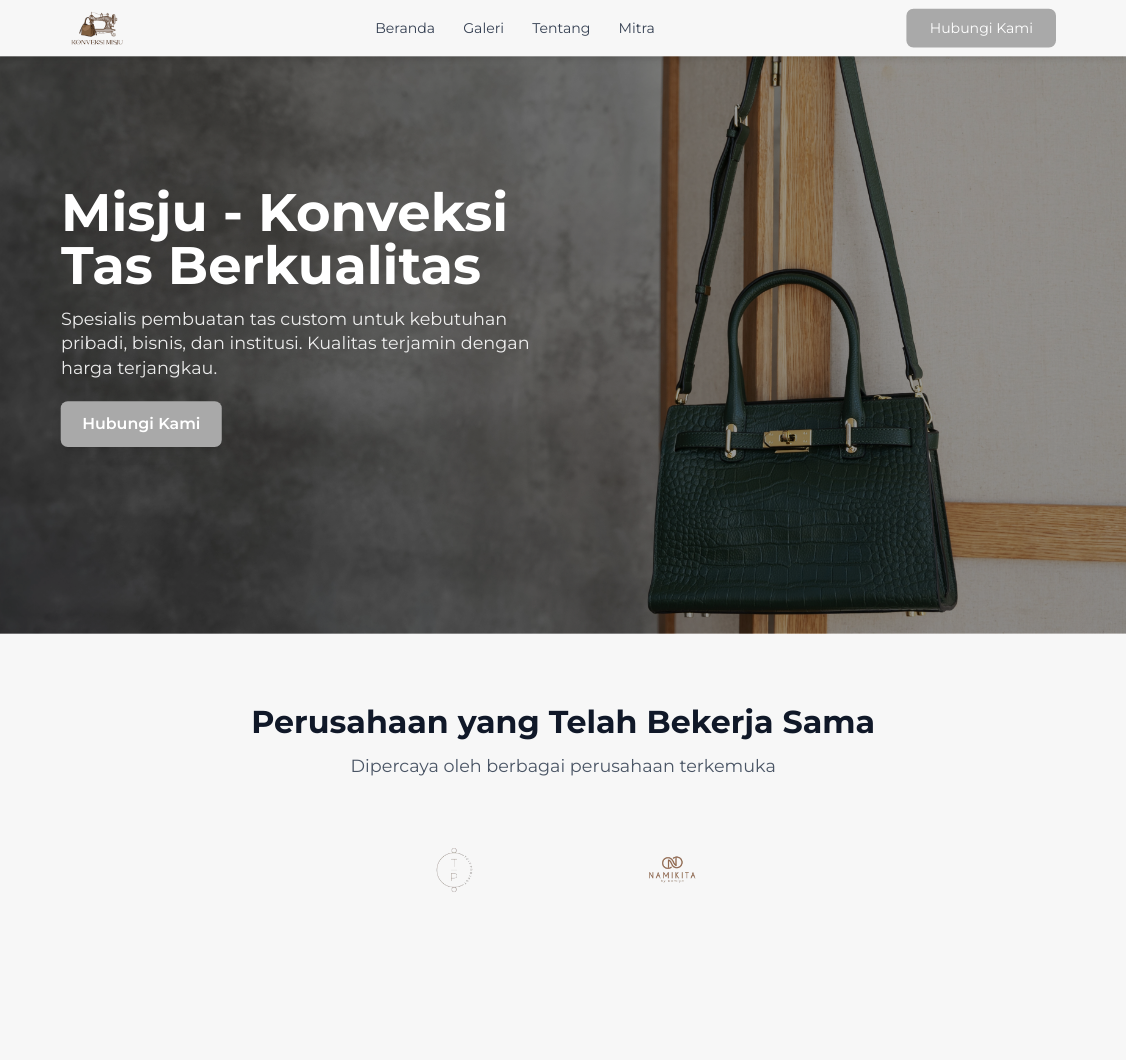
Repository: faridfirdaus-fred/konveksi_misju
Page: /
An editor plug-in stored every save of this project. The page is shown before and after the next save, followed by the edit.
The browser window is 1280 px wide. The pictures show the part of the page from y = 0 to 1204 px (the page is 3332 px tall), at 88% of full size.
Pictures or frames that could not be fetched are drawn as grey boxes. The project was rebuilt for these pictures with package versions that can differ from the ones it lists, and the page was loaded fresh each time. Also part of the build but not shown: vite.config.js.

Above is the page before, as saved 2026-01-09 20:11:02.

### index.html
<!doctype html>
<html lang="en">
  <head>
    <meta charset="UTF-8" />
    <link rel="icon" type="image/svg+xml" href="/vite.svg" />
    <meta name="viewport" content="width=device-width, initial-scale=1.0" />
    <link rel="preconnect" href="https://fonts.googleapis.com">
    <link rel="preconnect" href="https://fonts.gstatic.com" crossorigin>
    <link href="https://fonts.googleapis.com/css2?family=Montserrat:wght@300;400;500;600;700;800&display=swap" rel="stylesheet">
    <title>portfolio_misju</title>
  </head>
  <body>
    <div id="root"></div>
    <script type="module" src="/src/main.jsx"></script>
  </body>
</html>

### src/index.css
@import "tailwindcss";

@theme {
  --color-primary: #A9A9A9;
  --color-secondary: #F7F7F7;
}

### src/App.jsx
import './App.css'
import Navbar from './components/Navbar'
import Hero from './components/Hero'
import Partners from './components/Partners'
import Gallery from './components/Gallery'
import About from './components/About'
import Footer from './components/Footer'
import Hero_Bottom from './components/Hero_Bottom'

function App() {
  return (
    <div className="min-h-screen bg-gray-50">
      <Navbar />
      <Hero />
      <Partners />
      <Hero_Bottom />
      <Gallery />
      <About />
      <Footer />
    </div>
  )
}

export default App

### src/App.css
/* Custom styles for portfolio */
html {
  scroll-behavior: smooth;
}

body {
  font-family: "Montserrat", sans-serif;
  font-optical-sizing: auto;
}

### src/components/Navbar.jsx
import { useState } from 'react'
import logo from '../assets/logo.webp'

function Navbar() {
    const [isMobileMenuOpen, setIsMobileMenuOpen] = useState(false)

    const scrollToSection = (id) => {
        const element = document.getElementById(id)
        if (element) {
            element.scrollIntoView({ behavior: 'smooth' })
        }
        setIsMobileMenuOpen(false)
    }

    return (
        <nav className="fixed top-0 px-20 left-0 right-0 bg-secondary shadow-md z-50">
            <div className=" mx-auto">
                <div className="flex justify-between items-center h-16">
                    {/* Logo - Kiri */}
                    <div className="shrink-0">
                        <a href="#home" className="flex items-center">
                            <img src={logo} alt="MyPortfolio Logo" className="h-10 w-auto" />
                        </a>
                    </div>

                    {/* Navigation - Tengah (Desktop) */}
                    <div className="hidden md:flex space-x-8">
                        <button onClick={() => scrollToSection('home')} className="text-gray-700 hover:text-primary transition">
                            Beranda
                        </button>

                        <button onClick={() => scrollToSection('gallery')} className="text-gray-700 hover:text-primary transition">
                            Galeri
                        </button>
                        <button onClick={() => scrollToSection('about')} className="text-gray-700 hover:text-primary transition">
                            Tentang
                        </button>
                         <button onClick={() => scrollToSection('partners')} className="text-gray-700 hover:text-primary transition">
                            Mitra
                        </button>
                    </div>

                    {/* Contact Button - Kanan */}
                    <div className="hidden md:block">
                        <a
                            href="https://wa.me/6285318217545"
                            target="_blank"
                            rel="noopener noreferrer"
                            className="inline-block bg-primary text-white px-6 py-2 rounded-lg transition hover:bg-secondary hover:text-primary border-2 border-primary"
                        >
                            Hubungi Kami
                        </a>
                    </div>

                    {/* Mobile menu button */}
                    <div className="md:hidden">
                        <button
                            onClick={() => setIsMobileMenuOpen(!isMobileMenuOpen)}
                            className="text-gray-700 hover:text-blue-600"
                        >
                            <svg className="h-6 w-6" fill="none" viewBox="0 0 24 24" stroke="currentColor">
                                <path strokeLinecap="round" strokeLinejoin="round" strokeWidth={2} d={isMobileMenuOpen ? "M6 18L18 6M6 6l12 12" : "M4 6h16M4 12h16M4 18h16"} />
                            </svg>
                        </button>
                    </div>
                </div>
            </div>

            {/* Mobile menu */}
            {isMobileMenuOpen && (
                <div className="md:hidden bg-white border-t">
                    <div className="px-2 pt-2 pb-3 space-y-1">
                        <button onClick={() => scrollToSection('home')} className="block w-full text-left px-3 py-2 text-gray-700 hover:bg-gray-100">
                            Beranda
                        </button>
                        <button onClick={() => scrollToSection('partners')} className="block w-full text-left px-3 py-2 text-gray-700 hover:bg-gray-100">
                            Mitra
                        </button>
                        <button onClick={() => scrollToSection('gallery')} className="block w-full text-left px-3 py-2 text-gray-700 hover:bg-gray-100">
                            Galeri
                        </button>
                        <button onClick={() => scrollToSection('about')} className="block w-full text-left px-3 py-2 text-gray-700 hover:bg-gray-100">
                            Tentang
                        </button>
                        <a
                            href="https://wa.me/6285318217545"
                            target="_blank"
                            rel="noopener noreferrer"
                            className="block w-full text-center px-3 py-2 bg-primary text-secondary hover:bg-secondary hover:text-primary rounded"
                        >
                            Hubungi Kami
                        </a>
                    </div>
                </div>
            )}
        </nav>
    )
}

export default Navbar

### src/components/Hero.jsx
import hero from '../assets/hero.webp'

function Hero() {

  return (
    <section
      id="home"
      className="h-screen w-full flex items-center relative bg-cover bg-no-repeat bg-right md:bg-center"
      style={{
        backgroundImage: `url(${hero})`
      }}
    >
      {/* Overlay */}
      <div className="absolute inset-0 bg-black/40"></div>

      {/* Content */}
      <div className="relative z-10 w-11/12 mx-auto px-4">
        <div className="w-full md:w-6/12">
          <h1 className="text-3xl md:text-6xl font-bold text-white mb-4">
            Misju - Konveksi Tas Berkualitas
          </h1>
          <p className="text-base md:text-xl text-white/90 mb-6">
            Spesialis pembuatan tas custom untuk kebutuhan pribadi, bisnis, dan institusi. Kualitas terjamin dengan harga terjangkau.
          </p>
          <div className="flex flex-wrap gap-4">
            <a
              href="https://wa.me/6285318217545"
              target="_blank"
              rel="noopener noreferrer"
              className="bg-primary text-white px-6 py-3 rounded-lg text-lg font-semibold hover:bg-secondary hover:text-primary transition shadow-lg"
            >
              Hubungi Kami
            </a>
          </div>
        </div>
      </div>
    </section>
  )
}

export default Hero

### src/components/Partners.jsx
import tgif from '../assets/tgif.webp'
import namikita from '../assets/namikita.webp'

function Partners() {
  const partners = [
    {
      id: 1,
      name: 'TGI Friday\'s',
      logo: tgif,
      alt: 'TGI Friday\'s Logo'
    },
    {
      id: 2,
      name: 'Namikita',
      logo: namikita,
      alt: 'Namikita Logo'
    },
  ]

  return (
    <section id="partners" className="py-20 px-20 bg-secondary">
      <div className="w-full mx-auto">
        <div className="text-center mb-16">
          <h2 className="text-4xl font-bold text-gray-900 mb-4">
            Perusahaan yang Telah Bekerja Sama
          </h2>
          <p className="text-xl text-gray-600">
            Dipercaya oleh berbagai perusahaan terkemuka
          </p>
        </div>
        <div className="flex flex-wrap justify-center gap-8 md:gap-12">
          {partners.map((partner) => (
            <div key={partner.id} className="flex items-center justify-center rounded-lg hover:shadow-lg transition min-w-[200px]">
              <img
                src={partner.logo}
                alt={partner.alt}
                className="max-h-16 md:max-h-20 w-auto object-contain"
              />
            </div>
          ))}
        </div>
      </div>
    </section>
  )
}

export default Partners

### src/components/Gallery.jsx
function Gallery() {
  const galleryItems = [
    { id: 1, title: 'Project 1', image: '🖼️', description: 'Deskripsi project 1' },
    { id: 2, title: 'Project 2', image: '🎨', description: 'Deskripsi project 2' },
    { id: 3, title: 'Project 3', image: '📷', description: 'Deskripsi project 3' },
    { id: 4, title: 'Project 4', image: '🎭', description: 'Deskripsi project 4' },
    { id: 5, title: 'Project 5', image: '🌄', description: 'Deskripsi project 5' },
    { id: 6, title: 'Project 6', image: '🌅', description: 'Deskripsi project 6' },
  ]

  return (
    <section id="gallery" className="py-20 px-4 bg-gray-50">
      <div className="max-w-7xl mx-auto">
        <div className="text-center mb-16">
          <h2 className="text-4xl font-bold text-gray-900 mb-4">
            Portfolio & Gallery
          </h2>
          <p className="text-xl text-gray-600">
            Koleksi project dan karya terbaik saya
          </p>
        </div>
        <div className="grid grid-cols-1 md:grid-cols-2 lg:grid-cols-3 gap-8">
          {galleryItems.map((item) => (
            <div key={item.id} className="bg-white rounded-lg overflow-hidden shadow-lg hover:shadow-xl transition">
              <div className="h-48 bg-gradient-to-br from-blue-100 to-purple-100 flex items-center justify-center text-8xl">
                {item.image}
              </div>
              <div className="p-6">
                <h3 className="text-xl font-bold text-gray-900 mb-2">{item.title}</h3>
                <p className="text-gray-600">{item.description}</p>
                <button className="mt-4 text-blue-600 font-semibold hover:text-blue-700">
                  Lihat Detail →
                </button>
              </div>
            </div>
          ))}
        </div>
      </div>
    </section>
  )
}

export default Gallery

### src/components/About.jsx
function About() {
  return (
    <section id="about" className="py-20 px-4 bg-white ">
      <div className="max-w-7xl mx-auto">

      </div>
    </section>
  )
}

export default About

### src/components/Footer.jsx
function Footer() {
  const scrollToSection = (id) => {
    const element = document.getElementById(id)
    if (element) {
      element.scrollIntoView({ behavior: 'smooth' })
    }
  }

  return (
    <footer id="footer" className="bg-primary text-white py-12 px-4">
      <div className="max-w-7xl mx-auto">
        <div className="grid grid-cols-1 md:grid-cols-3 gap-8 mb-8">
          {/* About */}
          <div>
            <h3 className="text-2xl font-bold mb-4">MyPortfolio</h3>
            <p className="text-gray-400">
              Menciptakan solusi digital yang inovatif dan berkualitas untuk kesuksesan bisnis Anda
            </p>
          </div>

          {/* Quick Links */}
          <div>
            <h3 className="text-xl font-bold mb-4">Quick Links</h3>
            <ul className="space-y-2">
              <li>
                <button onClick={() => scrollToSection('home')} className="text-gray-400 hover:text-white transition">
                  Home
                </button>
              </li>
              <li>
                <button onClick={() => scrollToSection('partners')} className="text-gray-400 hover:text-white transition">
                  Partners
                </button>
              </li>
              <li>
                <button onClick={() => scrollToSection('gallery')} className="text-gray-400 hover:text-white transition">
                  Gallery
                </button>
              </li>
              <li>
                <button onClick={() => scrollToSection('about')} className="text-gray-400 hover:text-white transition">
                  About
                </button>
              </li>
            </ul>
          </div>

          {/* Contact */}
          <div>
            <h3 className="text-xl font-bold mb-4">Contact</h3>
            <ul className="space-y-2 text-gray-400">
              <li>📧 email@example.com</li>
              <li>📱 +62 123 4567 8900</li>
              <li>📍 Jakarta, Indonesia</li>
            </ul>
            <div className="flex gap-4 mt-4">
              <a href="#" className="text-2xl hover:text-blue-400 transition">🔗</a>
              <a href="#" className="text-2xl hover:text-blue-400 transition">💼</a>
              <a href="#" className="text-2xl hover:text-blue-400 transition">📸</a>
            </div>
          </div>
        </div>

        <div className="border-t border-gray-800 pt-8 text-center text-gray-400">
          <p>&copy; 2026 MyPortfolio. All rights reserved.</p>
        </div>
      </div>
    </footer>
  )
}

export default Footer

### src/components/Hero_Bottom.jsx
import { useState } from 'react'

function Hero_Bottom() {
  const [currentSlide, setCurrentSlide] = useState(0)

  // Data untuk carousel
  const slides = [
    {
      id: 1,
      title: "CARRY THE DAY",
      caption: "Everything you need to make it through a day at the office, from your laptop to your gym clothes, and still look the part once you're off the clock.",
      image: "https://images.unsplash.com/photo-1553062407-98eeb64c6a62?w=800&q=80"
    },
    {
      id: 2,
      title: "URBAN EXPLORER",
      caption: "Navigate the city streets with style and comfort. Perfect companion for your daily adventures and weekend getaways.",
      image: "https://images.unsplash.com/photo-1622560480605-d83c853bc5c3?w=800&q=80"
    },
    {
      id: 3,
      title: "WORK & PLAY",
      caption: "Seamlessly transition from professional meetings to casual outings. Designed for the modern lifestyle.",
      image: "https://images.unsplash.com/photo-1547949003-9792a18a2601?w=800&q=80"
    }
  ]

  const nextSlide = () => {
    setCurrentSlide((prev) => (prev + 1) % slides.length)
  }

  const prevSlide = () => {
    setCurrentSlide((prev) => (prev - 1 + slides.length) % slides.length)
  }

  const goToSlide = (index) => {
    setCurrentSlide(index)
  }

  return (
    <section id="home" className="pt-12 pb-12 md:pt-24 md:pb-20 bg-secondary">
      <div className=" mx-auto ">
        {/* Mobile First Layout */}
        <div className="flex flex-col md:flex-row gap-6 md:gap-12 items-center">

          {/* Left Section - Caption (Mobile: bottom, Desktop: left) */}
          <div className="w-full pl-20 md:w-6/12 order-2 md:order-1 text-center md:text-left">
            <div className="max-w-md mx-auto md:mx-0">
              <h2 className="text-3xl md:text-4xl lg:text-5xl font-bold mb-4 md:mb-6">
                {slides[currentSlide].title}
              </h2>
              <p className="text-base md:text-lg text-gray-600 leading-relaxed">
                {slides[currentSlide].caption}
              </p>
            </div>
          </div>

          {/* Right Section - Image (Mobile: top, Desktop: right) */}
          <div className="w-full md:w-6/12 order-1 md:order-2 relative">
            <div className="relative aspect-square md:aspect-[4/3]  overflow-hidden shadow-xl">
              <img
                src={slides[currentSlide].image}
                alt={slides[currentSlide].title}
                className="w-full h-full object-cover transition-opacity duration-500"
              />

              {/* Desktop Navigation Buttons */}
              <button
                onClick={prevSlide}
                className="hidden md:flex absolute left-4 top-1/2 -translate-y-1/2 bg-white/90 hover:bg-white p-3 rounded-full shadow-lg transition-all duration-200 items-center justify-center group"
                aria-label="Previous slide"
              >
                <svg className="w-6 h-6 text-gray-800 group-hover:text-black" fill="none" stroke="currentColor" viewBox="0 0 24 24">
                  <path strokeLinecap="round" strokeLinejoin="round" strokeWidth={2} d="M15 19l-7-7 7-7" />
                </svg>
              </button>

              <button
                onClick={nextSlide}
                className="hidden md:flex absolute right-4 top-1/2 -translate-y-1/2 bg-white/90 hover:bg-white p-3 rounded-full shadow-lg transition-all duration-200 items-center justify-center group"
                aria-label="Next slide"
              >
                <svg className="w-6 h-6 text-gray-800 group-hover:text-black" fill="none" stroke="currentColor" viewBox="0 0 24 24">
                  <path strokeLinecap="round" strokeLinejoin="round" strokeWidth={2} d="M9 5l7 7-7 7" />
                </svg>
              </button>
            </div>

            {/* Mobile Dot Navigation */}
            <div className="flex md:hidden justify-center gap-2 mt-6">
              {slides.map((_, index) => (
                <button
                  key={index}
                  onClick={() => goToSlide(index)}
                  className={`w-3 h-3 rounded-full transition-all duration-300 ${
                    currentSlide === index
                      ? 'bg-gray-800 w-8'
                      : 'bg-gray-300 hover:bg-gray-400'
                  }`}
                  aria-label={`Go to slide ${index + 1}`}
                />
              ))}
            </div>
          </div>

        </div>

        {/* Desktop Dot Indicators (optional - below content) */}
        <div className="hidden md:flex justify-center gap-2 mt-8">
          {slides.map((_, index) => (
            <button
              key={index}
              onClick={() => goToSlide(index)}
              className={`w-2.5 h-2.5 rounded-full transition-all duration-300 ${
                currentSlide === index
                  ? 'bg-gray-800 w-8'
                  : 'bg-gray-300 hover:bg-gray-400'
              }`}
              aria-label={`Go to slide ${index + 1}`}
            />
          ))}
        </div>
      </div>
    </section>
  )
}

export default Hero_Bottom

Loaded but not shown: src/main.jsx (common file)

After the next save:
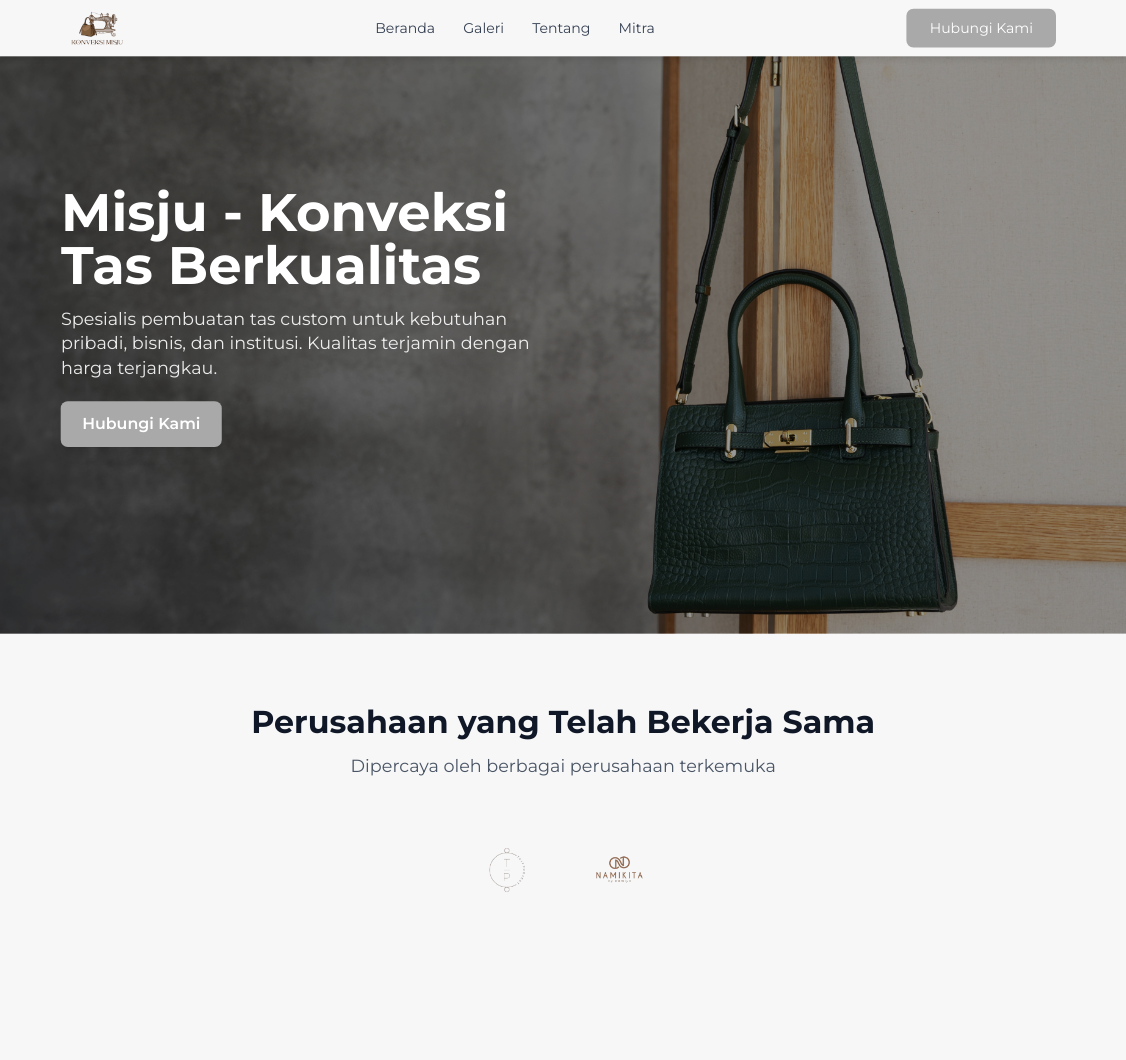
Saved 35 s later.
--- a/src/components/Partners.jsx
+++ b/src/components/Partners.jsx
@@ -30,7 +30,7 @@
         </div>
         <div className="flex flex-wrap justify-center gap-8 md:gap-12">
           {partners.map((partner) => (
-            <div key={partner.id} className="flex items-center justify-center rounded-lg hover:shadow-lg transition min-w-[200px]">
+            <div key={partner.id} className="flex items-center justify-center rounded-lg hover:shadow-lg transition">
               <img
                 src={partner.logo}
                 alt={partner.alt}
